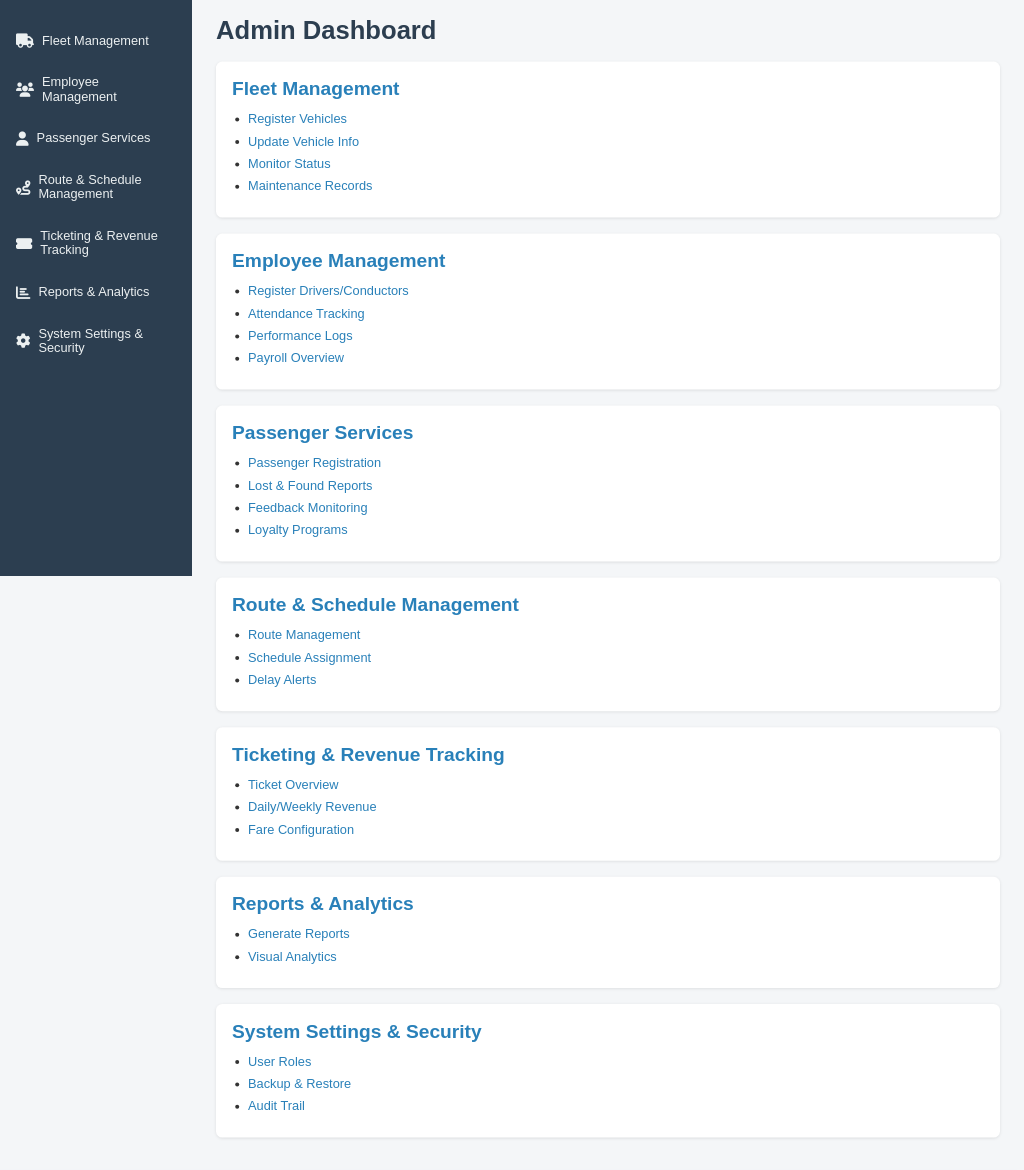
Repository: Ndegwa2/Smart-Transport-System
Page: client/admin.html
The author's editor kept a copy of each file at every save. The page is drawn from the files as they stood at one save, then again after the next save.
The browser window is 1280 px wide. The pictures show the whole page, at 80% of full size.

Above is the page before, as saved 2025-05-27 11:52:59.
Console error: TypeError: Cannot set properties of null (setting 'innerHTML')

After the next save:
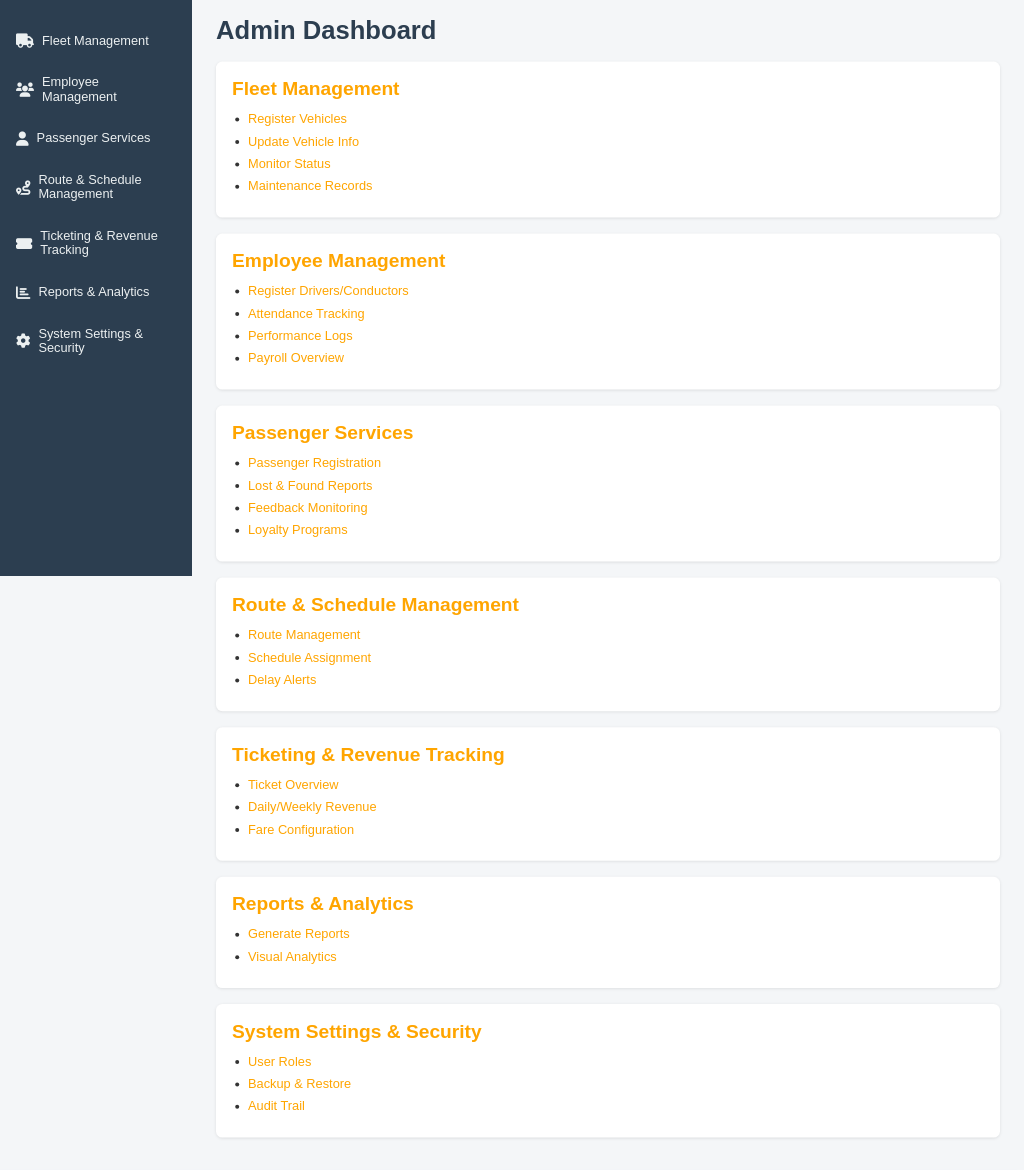
Saved 111 s later.
--- a/client/styles.css
+++ b/client/styles.css
@@ -81,7 +81,7 @@ body, html {
 
 .content section h2 {
   margin-bottom: 15px;
-  color: #2980b9;
+  color: orange;
 }
 
 .content section ul {
@@ -94,7 +94,7 @@ body, html {
 }
 
 .content section ul li a {
-  color: #2980b9;
+  color: orange;
   text-decoration: none;
 }
 
